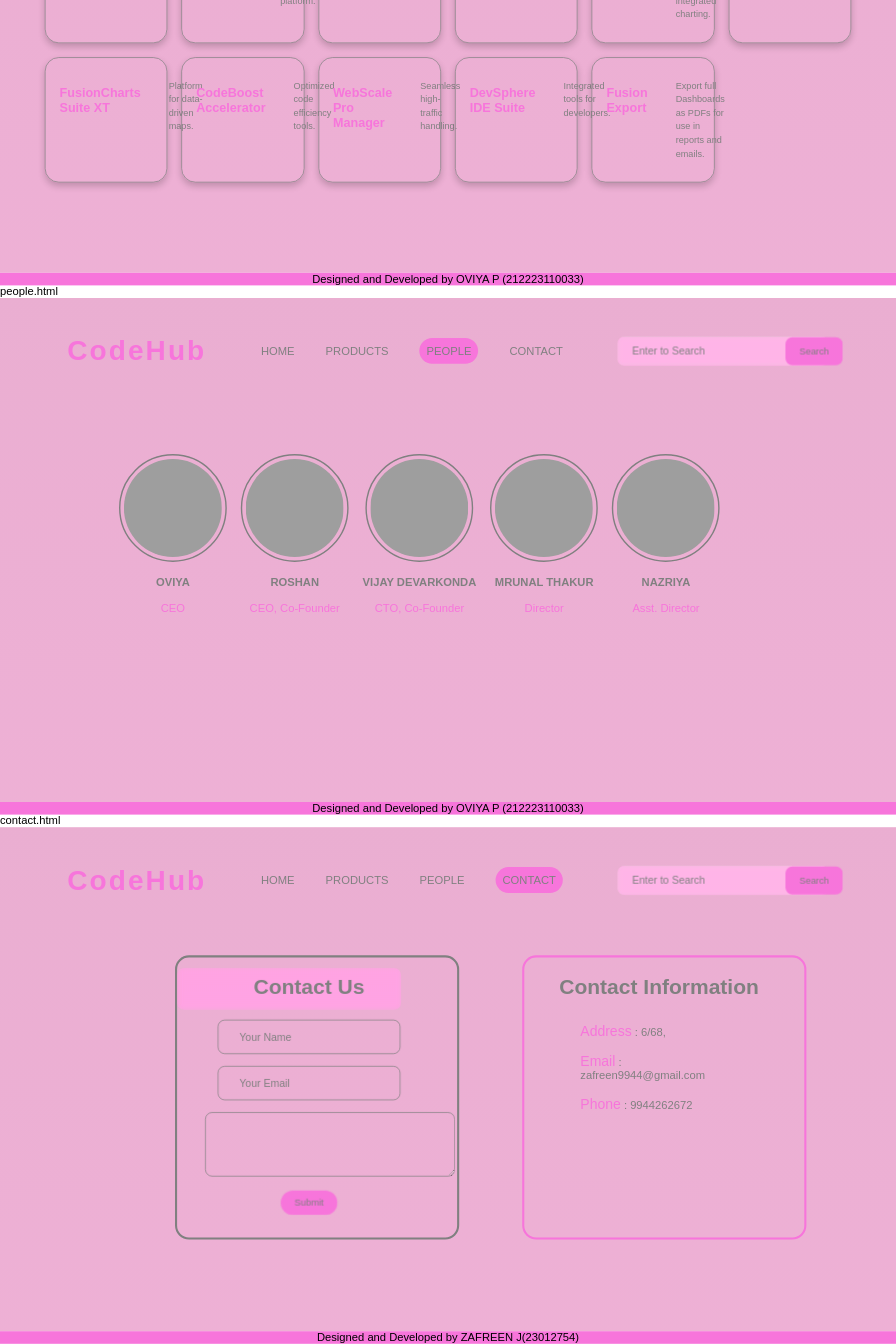
Repository: Oviya24032K6/softweb
Page: oviya/softapp/static/soft.html
An editor plug-in stored every save of this project. The page is shown before and after a run of saves, followed by the edit.
The browser window is 1280 px wide. The pictures show the part of the page from y = 1104 to 3024 px (the page is 3024 px tall), at 70% of full size.
Pictures or frames that could not be fetched are drawn as grey boxes.

Above is the page before, as saved 2024-04-16 13:19:49.

After the next 3 saves:
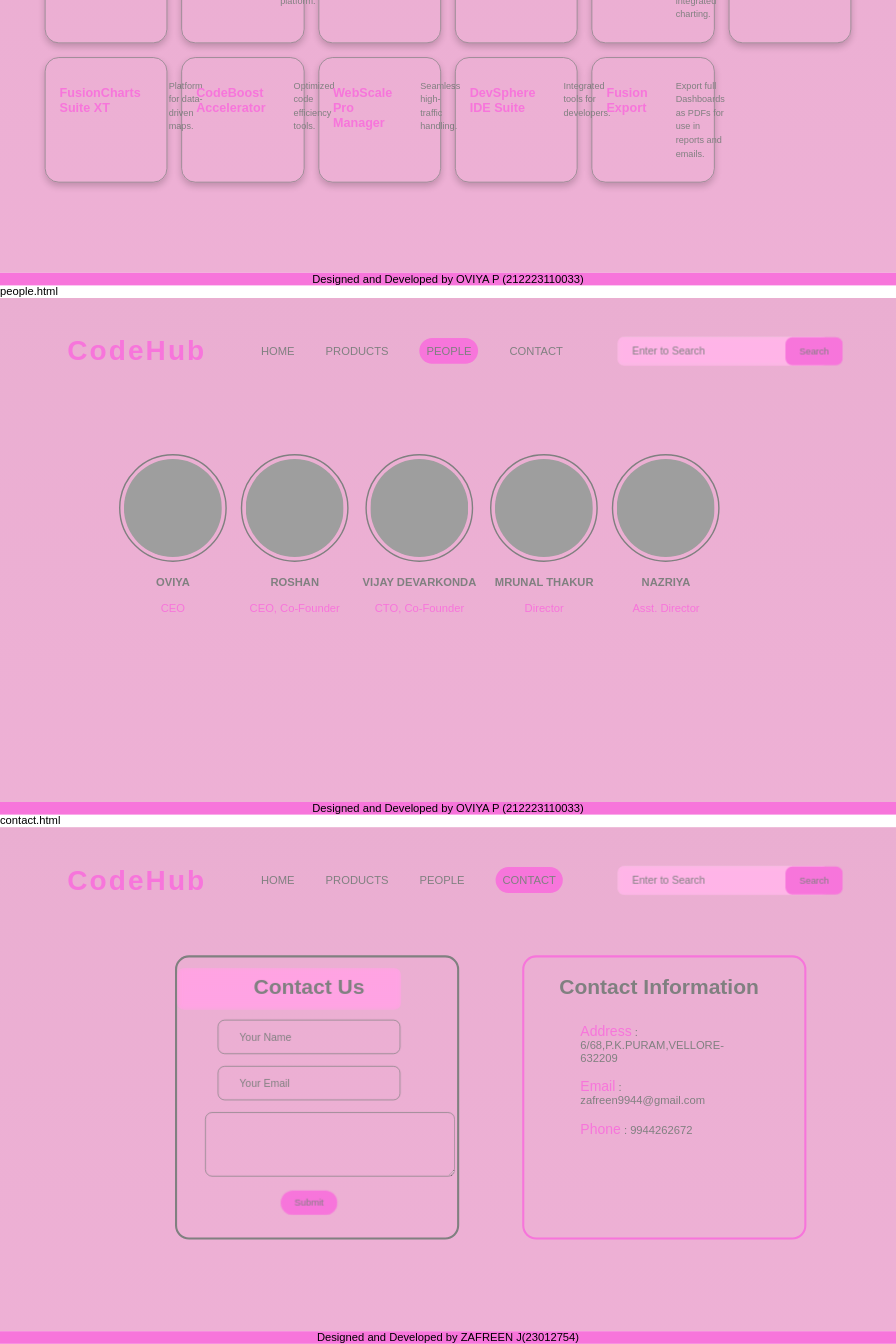
The 3 saves are shown as one change because they came seconds apart.
The last was saved 11 s later.
--- a/oviya/softapp/static/soft.html
+++ b/oviya/softapp/static/soft.html
@@ -776,7 +776,7 @@ contact.html
             </div>
             <div class="box-2">
                 <h2> Contact Information </h2>
-                <p> <span>Address</span> : 6/68, </p>
+                <p> <span>Address</span> : 6/68,P.K.PURAM,VELLORE-632209 </p>
                 <p> <span>Email</span> : zafreen9944@gmail.com </p>
                 <p> <span>Phone</span> : 9944262672 </p>
             </div>
